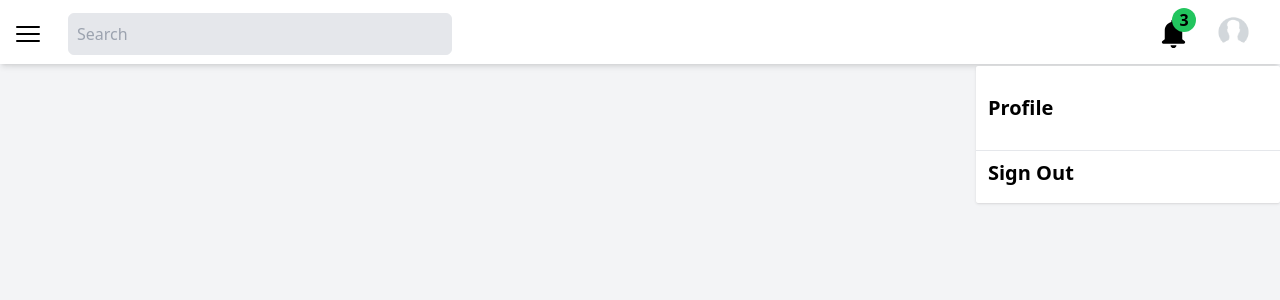
Repository: IssaMuiz/ifarmstock-admin
Page: /api/reset-password
An editor plug-in stored every save of this project. The page is shown before and after the next save, followed by the edit.
The browser window is 1280 px wide. The pictures show the whole page.
The page's requests for data from a server got no answer. The project was rebuilt for these pictures with package versions that can differ from the ones it lists, and the page was loaded fresh each time. The framework's server and built-in components were replaced by stand-ins that run in the browser. No one was signed in, and anything a server would have sent is missing. Also part of the build but not shown: next.config.mjs.

Above is the page before, as saved 2024-10-08 15:32:23.

### app/layout.tsx
import type { Metadata } from "next";
import localFont from "next/font/local";
import "./globals.css";
import ClientSessionProvider from "../components/clientSessionProvider";

const geistSans = localFont({
  src: "./fonts/GeistVF.woff",
  variable: "--font-geist-sans",
  weight: "100 900",
});
const geistMono = localFont({
  src: "./fonts/GeistMonoVF.woff",
  variable: "--font-geist-mono",
  weight: "100 900",
});

export const metadata: Metadata = {
  title: "iFarmStock-admin",
  description: "Generated by create next app",
};

export default function RootLayout({
  children,
}: Readonly<{
  children: React.ReactNode;
}>) {
  return (
    <html lang="en">
      <body
        className={`${geistSans.variable} ${geistMono.variable} antialiased mx-5 bg-gray-100`}
      >
        <ClientSessionProvider>{children}</ClientSessionProvider>
      </body>
    </html>
  );
}

### app/api/reset-password/page.tsx
"use client";
import React from "react";
import { useState } from "react";
import { useRouter } from "next/router";
import axios from "axios";

const ResetPassword = () => {
  const [password, setPassword] = useState("");
  const [message, setMessage] = useState("");

  const router = useRouter();
  const { token } = router.query;

  const handleSubmit = async (e: React.FormEvent) => {
    e.preventDefault();
    try {
      const res = await axios.post("/api/auth/reset-password", {
        token,
        password,
      });

      setMessage(res.data.message);
      router.push("/");
      // eslint-disable-next-line @typescript-eslint/no-unused-vars
    } catch (error) {
      setMessage("Error resetting password. Please try again");
    }
  };
  return (
    <div>
      <h2>Reset Password</h2>
      <form action="" onSubmit={handleSubmit}>
        <input
          type="password"
          placeholder="Enter new password"
          value={password}
          onChange={(e) => setPassword(e.target.value)}
          required
        />
        <button type="submit"> Reset Password</button>
      </form>
      {message && <p>{message}</p>}
    </div>
  );
};

export default ResetPassword;

### components/clientSessionProvider.tsx
"use client";

import { SessionProvider } from "next-auth/react";
import { ReactNode, useState } from "react";
import Navbar from "./navbar";
import Sidenav from "./sidenav";

export default function ClientSessionProvider({
  children,
}: {
  children: ReactNode;
}) {
  const [showSidebar, setShowSidenav] = useState(false);

  const toggleSidebar = () => {
    setShowSidenav((prev) => !prev);
  };
  return (
    <SessionProvider>
      <main className="flex ">
        <Sidenav showSidebar={showSidebar} />

        <div
          className={`fixed block md:hidden inset-0 bg-black transition-opacity duration-300 ease-in-out z-10 ${
            showSidebar
              ? "opacity-40 pointer-events-auto"
              : "opacity-0 pointer-events-none"
          }`}
          onClick={toggleSidebar}
        ></div>
        <section
          className={`relative z-0 transition-all duration-300 ease-in-out ${
            showSidebar ? "md:ml-80" : "w-full"
          }  flex-1`}
        >
          <Navbar toggleSidebar={toggleSidebar} showSidebar={showSidebar} />

          {children}
        </section>
      </main>
    </SessionProvider>
  );
}

### components/navbar.tsx
import React from "react";
import { useSession } from "next-auth/react";
import Image from "next/image";

interface ToggleSidebar {
  toggleSidebar: (event: React.MouseEvent<HTMLOrSVGElement>) => void;
  showSidebar: boolean;
}
const Navbar = ({ toggleSidebar, showSidebar }: ToggleSidebar) => {
  const { data: session } = useSession();
  return (
    <nav
      className={`bg-white h-16 fixed top-0 left-0 ${
        showSidebar ? "md:left-80" : "w-full"
      } right-0 shadow-md z-10 transition-all ease-in-out duration-300`}
    >
      <div className="mx-auto flex justify-between p-2">
        <div className="leftnav flex-1 flex gap-2 md:gap-5 items-center ">
          <svg
            onClick={toggleSidebar}
            xmlns="http://www.w3.org/2000/svg"
            viewBox="0 0 24 24"
            strokeWidth={1.5}
            stroke="currentColor"
            className="size-10 rounded-sm cursor-pointer p-1 hover:bg-gray-300"
          >
            <path
              strokeLinecap="round"
              strokeLinejoin="round"
              d="M3.75 6.75h16.5M3.75 12h16.5m-16.5 5.25h16.5"
            />
          </svg>

          <input
            type="text"
            placeholder="Search"
            className="p-2 bg-gray-200 rounded-md max-w-96 flex-1 border outline-none"
          />
        </div>
        <div className="right-nav flex items-center gap-1 md:gap-3 ml-2">
          <div className="relative cursor-pointer hover:bg-gray-300 rounded-sm p-2">
            <svg
              xmlns="http://www.w3.org/2000/svg"
              x="0px"
              y="0px"
              width="35"
              height="35"
              viewBox="0 0 24 24"
              className="fill:#1A1A1A;"
            >
              <path d="M 12 2 C 11.172 2 10.5 2.672 10.5 3.5 L 10.5 4.1953125 C 7.9131836 4.862095 6 7.2048001 6 10 L 6 16 L 4.4648438 17.15625 L 4.4628906 17.15625 A 1 1 0 0 0 4 18 A 1 1 0 0 0 5 19 L 12 19 L 19 19 A 1 1 0 0 0 20 18 A 1 1 0 0 0 19.537109 17.15625 L 18 16 L 18 10 C 18 7.2048001 16.086816 4.862095 13.5 4.1953125 L 13.5 3.5 C 13.5 2.672 12.828 2 12 2 z M 10 20 C 10 21.1 10.9 22 12 22 C 13.1 22 14 21.1 14 20 L 10 20 z"></path>
            </svg>
            <span className=" absolute flex items-center justify-center font-semibold top-0 left-6 bg-green-500 p-1 h-6 w-6 rounded-full">
              3
            </span>
          </div>
          <div className="relative ">
            <div className="cursor-pointer hover:bg-gray-100 flex items-center gap-2 ">
              <Image
                src={session?.user?.image || "/assets/images/avatar.png"}
                alt="profile-image"
                width={45}
                height={45}
                className="rounded-md p-1"
              />
              <div className=" flex-col hidden md:flex text-base p-1">
                <p className=" font-semibold">{session?.user?.name}</p>
                <p>{session?.user?.email}</p>
              </div>
            </div>
            <div className="bg-white shadow top-14 -right-2 absolute w-60 md:w-[19rem] text-xl font-semibold rounded-sm ">
              <div className="flex flex-col gap-5">
                <p className="hover:bg-gray-300 cursor-pointer px-3 py-2 mt-5 transition-all ease-in-out duration-300">
                  Profile
                </p>

                <p className="hover:bg-gray-300 cursor-pointer px-3 py-2 mb-2 transition-all ease-in-out duration-300 border-t border-gray-300-">
                  Sign Out
                </p>
              </div>
            </div>
          </div>
        </div>
      </div>
    </nav>
  );
};

export default Navbar;

### components/sidenav.tsx
import React from "react";

interface Sidebar {
  showSidebar: boolean;
}
const Sidenav = ({ showSidebar }: Sidebar) => {
  return (
    <aside className="h-20 overflow-y-auto">
      <div
        className={`fixed w-80 overflow-x-hidden scrollbar  overflow-auto z-20 left-0 top-0 bottom-0 transform transition-transform duration-300  bg-gray-600 ${
          showSidebar ? "translate-x-0" : "-translate-x-full"
        }`}
      >
        <div className="bg-green-600 h-16 flex items-center gap-2 font-bold justify-center">
          <p className="text-2xl">iFarmStock</p>
          <p className="bg-white p-1 rounded-sm font-semibold text-sm">ADMIN</p>
        </div>
        <div className="flex flex-col items-start gap-6 text-white text-xl font-semibold mt-10">
          <div className="flex gap-5 w-full items-center py-3 px-6 hover:bg-gray-500 cursor-pointer">
            <svg
              width="30px"
              height="30px"
              viewBox="0 0 24 24"
              fill="none"
              xmlns="http://www.w3.org/2000/svg"
            >
              <path
                d="M21.54 19.25H21.31C21.2159 19.2194 21.1288 19.1706 21.0537 19.1062C20.9785 19.0418 20.9169 18.9632 20.8723 18.8749C20.8277 18.7866 20.8009 18.6903 20.7937 18.5917C20.7864 18.493 20.7988 18.3939 20.83 18.3C21.2622 16.9152 21.3626 15.4482 21.1231 14.0175C20.8837 12.5868 20.3111 11.2324 19.4516 10.0638C18.5921 8.89521 17.4698 7.94514 16.1754 7.29034C14.8809 6.63553 13.4506 6.29435 12 6.29435C10.5494 6.29435 9.11906 6.63553 7.82462 7.29034C6.53019 7.94514 5.4079 8.89521 4.54841 10.0638C3.68892 11.2324 3.11633 12.5868 2.87688 14.0175C2.63743 15.4482 2.73784 16.9152 3.17 18.3C3.21197 18.396 3.23338 18.4997 3.23284 18.6044C3.2323 18.7092 3.20983 18.8126 3.16687 18.9082C3.12391 19.0037 3.06142 19.0892 2.98341 19.1591C2.90541 19.229 2.81363 19.2818 2.71398 19.314C2.61434 19.3463 2.50903 19.3574 2.40485 19.3465C2.30068 19.3356 2.19994 19.303 2.10912 19.2508C2.01831 19.1986 1.93943 19.128 1.87758 19.0434C1.81573 18.9589 1.77226 18.8624 1.75 18.76C1.28255 17.2814 1.14055 15.7191 1.33375 14.1804C1.52694 12.6417 2.05074 11.1631 2.86922 9.84591C3.68769 8.52873 4.78146 7.40423 6.07545 6.54957C7.36945 5.69492 8.83303 5.13034 10.3658 4.89459C11.8985 4.65884 13.4641 4.7575 14.9551 5.1838C16.4461 5.61009 17.8273 6.35393 19.0037 7.36426C20.1802 8.3746 21.1241 9.62751 21.7708 11.037C22.4174 12.4465 22.7515 13.9792 22.75 15.53C22.75 16.6259 22.5814 17.7154 22.25 18.76C22.1977 18.9057 22.1011 19.0313 21.9738 19.1192C21.8464 19.2071 21.6947 19.2528 21.54 19.25Z"
                fill="#ffffff"
              />
              <path
                d="M21.54 19.25H2.45999C2.26108 19.25 2.07031 19.171 1.92966 19.0303C1.78901 18.8897 1.70999 18.6989 1.70999 18.5C1.70999 18.3011 1.78901 18.1103 1.92966 17.9697C2.07031 17.829 2.26108 17.75 2.45999 17.75H21.54C21.7389 17.75 21.9297 17.829 22.0703 17.9697C22.211 18.1103 22.29 18.3011 22.29 18.5C22.29 18.6989 22.211 18.8897 22.0703 19.0303C21.9297 19.171 21.7389 19.25 21.54 19.25Z"
                fill="#ffffff"
              />
              <path
                d="M12 16.25C11.9015 16.2505 11.8038 16.2312 11.7128 16.1935C11.6218 16.1557 11.5392 16.1001 11.47 16.03C11.3295 15.8894 11.2507 15.6988 11.2507 15.5C11.2507 15.3013 11.3295 15.1106 11.47 14.97L15.47 10.97C15.613 10.8661 15.788 10.8161 15.9643 10.8287C16.1406 10.8413 16.3067 10.9157 16.4335 11.0389C16.5602 11.162 16.6394 11.326 16.6571 11.5018C16.6747 11.6777 16.6297 11.8541 16.53 12L12.53 16C12.4633 16.0756 12.3819 16.1367 12.2908 16.1797C12.1997 16.2227 12.1007 16.2466 12 16.25Z"
                fill="#ffffff"
              />
            </svg>
            <p>Dashboard</p>
          </div>
          <div className="flex gap-5 w-full items-center py-3 px-6 hover:bg-gray-500 cursor-pointer">
            <svg
              xmlns="http://www.w3.org/2000/svg"
              fill="none"
              viewBox="0 0 24 24"
              strokeWidth={1.5}
              stroke="currentColor"
              className="size-7"
            >
              <path
                strokeLinecap="round"
                strokeLinejoin="round"
                d="M6 6.878V6a2.25 2.25 0 0 1 2.25-2.25h7.5A2.25 2.25 0 0 1 18 6v.878m-12 0c.235-.083.487-.128.75-.128h10.5c.263 0 .515.045.75.128m-12 0A2.25 2.25 0 0 0 4.5 9v.878m13.5-3A2.25 2.25 0 0 1 19.5 9v.878m0 0a2.246 2.246 0 0 0-.75-.128H5.25c-.263 0-.515.045-.75.128m15 0A2.25 2.25 0 0 1 21 12v6a2.25 2.25 0 0 1-2.25 2.25H5.25A2.25 2.25 0 0 1 3 18v-6c0-.98.626-1.813 1.5-2.122"
              />
            </svg>

            <p>Products</p>
          </div>
          <div className="flex gap-5 w-full items-center py-3 px-6 hover:bg-gray-500 cursor-pointer">
            <svg
              xmlns="http://www.w3.org/2000/svg"
              fill="none"
              viewBox="0 0 24 24"
              strokeWidth={1.5}
              stroke="currentColor"
              className="size-7"
            >
              <path
                strokeLinecap="round"
                strokeLinejoin="round"
                d="M20.25 6.375c0 2.278-3.694 4.125-8.25 4.125S3.75 8.653 3.75 6.375m16.5 0c0-2.278-3.694-4.125-8.25-4.125S3.75 4.097 3.75 6.375m16.5 0v11.25c0 2.278-3.694 4.125-8.25 4.125s-8.25-1.847-8.25-4.125V6.375m16.5 0v3.75m-16.5-3.75v3.75m16.5 0v3.75C20.25 16.153 16.556 18 12 18s-8.25-1.847-8.25-4.125v-3.75m16.5 0c0 2.278-3.694 4.125-8.25 4.125s-8.25-1.847-8.25-4.125"
              />
            </svg>

            <p>Categories</p>
          </div>
          <div className="flex gap-5 w-full items-center py-3 px-6 hover:bg-gray-500 cursor-pointer">
            <svg
              xmlns="http://www.w3.org/2000/svg"
              fill="none"
              viewBox="0 0 24 24"
              strokeWidth={1.5}
              stroke="currentColor"
              className="size-7"
            >
              <path
                strokeLinecap="round"
                strokeLinejoin="round"
                d="M2.25 3h1.386c.51 0 .955.343 1.087.835l.383 1.437M7.5 14.25a3 3 0 0 0-3 3h15.75m-12.75-3h11.218c1.121-2.3 2.1-4.684 2.924-7.138a60.114 60.114 0 0 0-16.536-1.84M7.5 14.25 5.106 5.272M6 20.25a.75.75 0 1 1-1.5 0 .75.75 0 0 1 1.5 0Zm12.75 0a.75.75 0 1 1-1.5 0 .75.75 0 0 1 1.5 0Z"
              />
            </svg>

            <p>Orders</p>
          </div>
          <div className="flex gap-5 w-full items-center py-3 px-6 hover:bg-gray-500 cursor-pointer">
            <svg
              xmlns="http://www.w3.org/2000/svg"
              fill="none"
              viewBox="0 0 24 24"
              strokeWidth={1.5}
              stroke="currentColor"
              className="size-7"
            >
              <path
                strokeLinecap="round"
                strokeLinejoin="round"
                d="M15.75 6a3.75 3.75 0 1 1-7.5 0 3.75 3.75 0 0 1 7.5 0ZM4.501 20.118a7.5 7.5 0 0 1 14.998 0A17.933 17.933 0 0 1 12 21.75c-2.676 0-5.216-.584-7.499-1.632Z"
              />
            </svg>

            <p>Customers</p>
          </div>
          <div className="flex gap-5 w-full items-center py-3 px-6 hover:bg-gray-500 cursor-pointer">
            <svg
              xmlns="http://www.w3.org/2000/svg"
              fill="none"
              viewBox="0 0 24 24"
              strokeWidth={1.5}
              stroke="currentColor"
              className="size-7"
            >
              <path
                strokeLinecap="round"
                strokeLinejoin="round"
                d="M9.594 3.94c.09-.542.56-.94 1.11-.94h2.593c.55 0 1.02.398 1.11.94l.213 1.281c.063.374.313.686.645.87.074.04.147.083.22.127.325.196.72.257 1.075.124l1.217-.456a1.125 1.125 0 0 1 1.37.49l1.296 2.247a1.125 1.125 0 0 1-.26 1.431l-1.003.827c-.293.241-.438.613-.43.992a7.723 7.723 0 0 1 0 .255c-.008.378.137.75.43.991l1.004.827c.424.35.534.955.26 1.43l-1.298 2.247a1.125 1.125 0 0 1-1.369.491l-1.217-.456c-.355-.133-.75-.072-1.076.124a6.47 6.47 0 0 1-.22.128c-.331.183-.581.495-.644.869l-.213 1.281c-.09.543-.56.94-1.11.94h-2.594c-.55 0-1.019-.398-1.11-.94l-.213-1.281c-.062-.374-.312-.686-.644-.87a6.52 6.52 0 0 1-.22-.127c-.325-.196-.72-.257-1.076-.124l-1.217.456a1.125 1.125 0 0 1-1.369-.49l-1.297-2.247a1.125 1.125 0 0 1 .26-1.431l1.004-.827c.292-.24.437-.613.43-.991a6.932 6.932 0 0 1 0-.255c.007-.38-.138-.751-.43-.992l-1.004-.827a1.125 1.125 0 0 1-.26-1.43l1.297-2.247a1.125 1.125 0 0 1 1.37-.491l1.216.456c.356.133.751.072 1.076-.124.072-.044.146-.086.22-.128.332-.183.582-.495.644-.869l.214-1.28Z"
              />
              <path
                strokeLinecap="round"
                strokeLinejoin="round"
                d="M15 12a3 3 0 1 1-6 0 3 3 0 0 1 6 0Z"
              />
            </svg>

            <p>Settings</p>
          </div>
        </div>
      </div>
    </aside>
  );
};

export default Sidenav;

Loaded but not shown: app/globals.css (common file); tailwind.config.ts (common file)

After the next save:
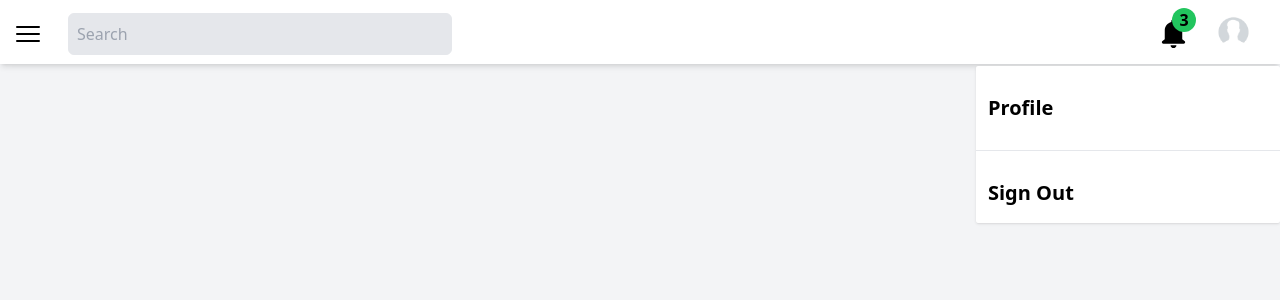
Saved 80 s later.
--- a/components/navbar.tsx
+++ b/components/navbar.tsx
@@ -70,11 +70,11 @@ const Navbar = ({ toggleSidebar, showSidebar }: ToggleSidebar) => {
             </div>
             <div className="bg-white shadow top-14 -right-2 absolute w-60 md:w-[19rem] text-xl font-semibold rounded-sm ">
               <div className="flex flex-col gap-5">
-                <p className="hover:bg-gray-300 cursor-pointer px-3 py-2 mt-5 transition-all ease-in-out duration-300">
+                <p className="hover:bg-gray-300 cursor-pointer px-3 py-2 mt-5 transition-all ease-in-out duration-300 ">
                   Profile
                 </p>
-
-                <p className="hover:bg-gray-300 cursor-pointer px-3 py-2 mb-2 transition-all ease-in-out duration-300 border-t border-gray-300-">
+                <hr />
+                <p className="hover:bg-gray-300 cursor-pointer px-3 py-2 mb-2 transition-all ease-in-out duration-300 border-gray-300-">
                   Sign Out
                 </p>
               </div>
